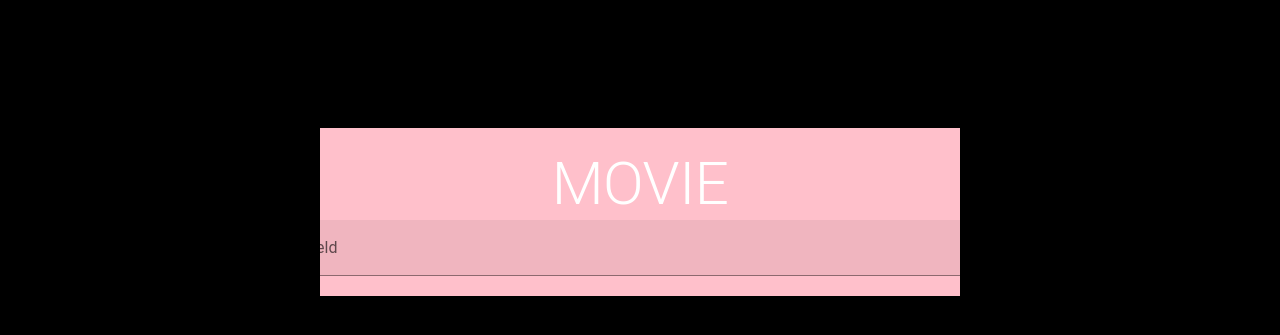
Repository: songjiwon17/movie
Page: /
These files come from the project's save history. The page is drawn as it stood at one moment and after the next save; the edit follows.
The browser window is 1280 px wide. The pictures show the whole page.
The project was rebuilt for these pictures with package versions that can differ from the ones it lists, and the page was loaded fresh each time. Also part of the build but not shown: src/component/Login.js.

Above is the page before, as saved 2024-01-04 21:50:50.

After the next save:
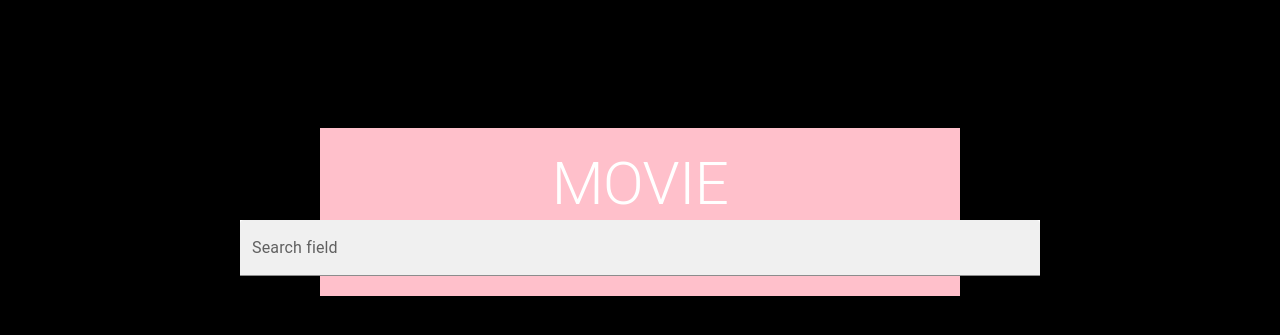
Saved 52 s later.
--- a/src/component/SearchForm.js
+++ b/src/component/SearchForm.js
@@ -5,7 +5,8 @@ function SearchForm(){
         <>
         <TextField
         style={{
-            width: 800
+            width: 800,
+            background: '#fff'
 
         }}
           id="filled-search"
